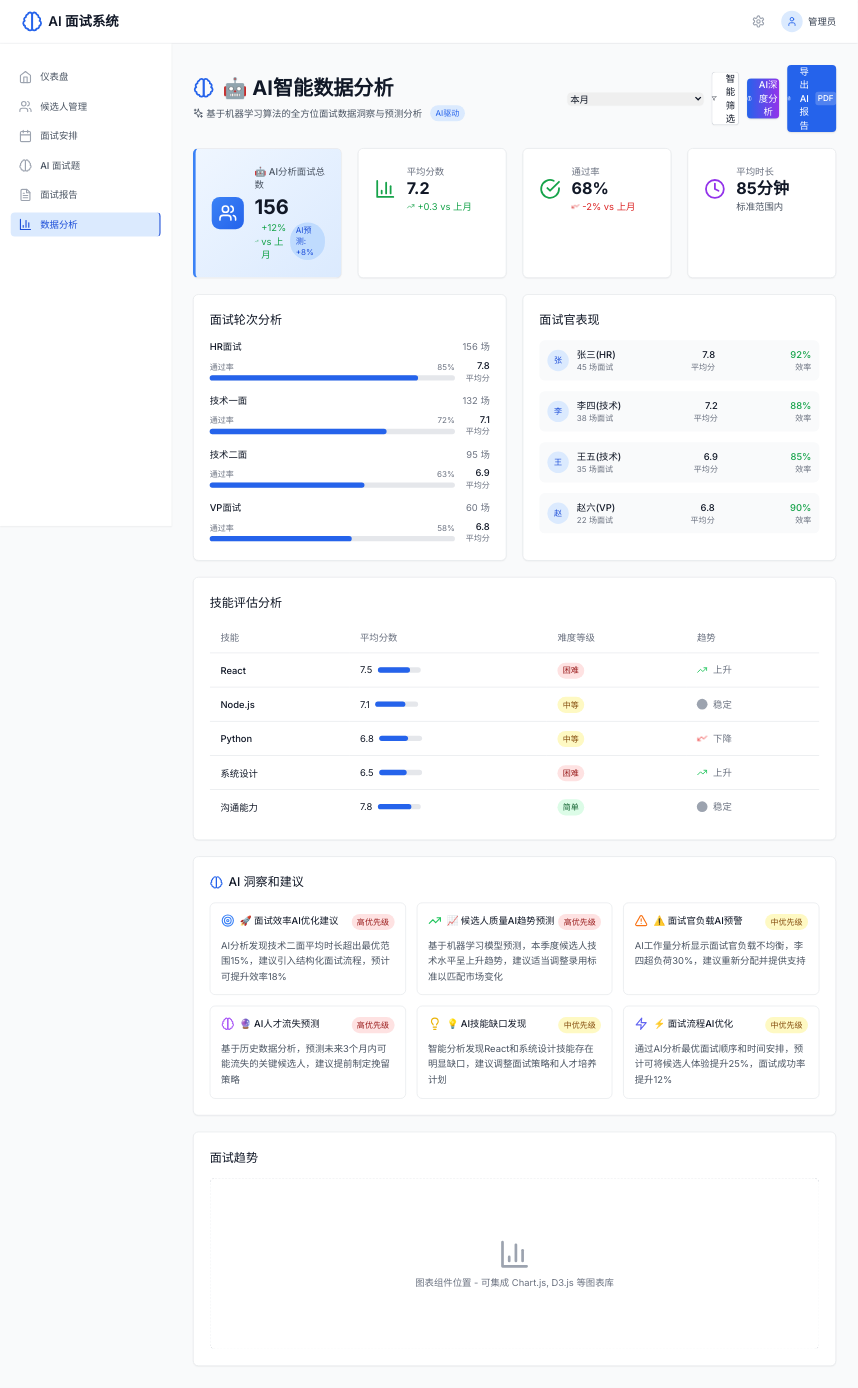
Repository: OisCircle/ai-day
Page: /analysis
These files come from the project's save history. The page is drawn as it stood at one moment and after the next save; the edit follows.
The browser window is 1280 px wide. The pictures show the whole page, at 67% of full size.
The project was rebuilt for these pictures with package versions that can differ from the ones it lists, and the page was loaded fresh each time. Also part of the build but not shown: vite.config.ts, src/pages/AIInterviewQuestions.tsx, src/pages/CandidateManagement.tsx, src/components/AIAssistant.tsx, src/components/DataVisualization.tsx, src/pages/Dashboard.tsx, src/pages/InterviewConducting.tsx, src/pages/InterviewReports.tsx and 1 more.

Above is the page before, as saved 2025-08-20 16:12:41.

After the next save:
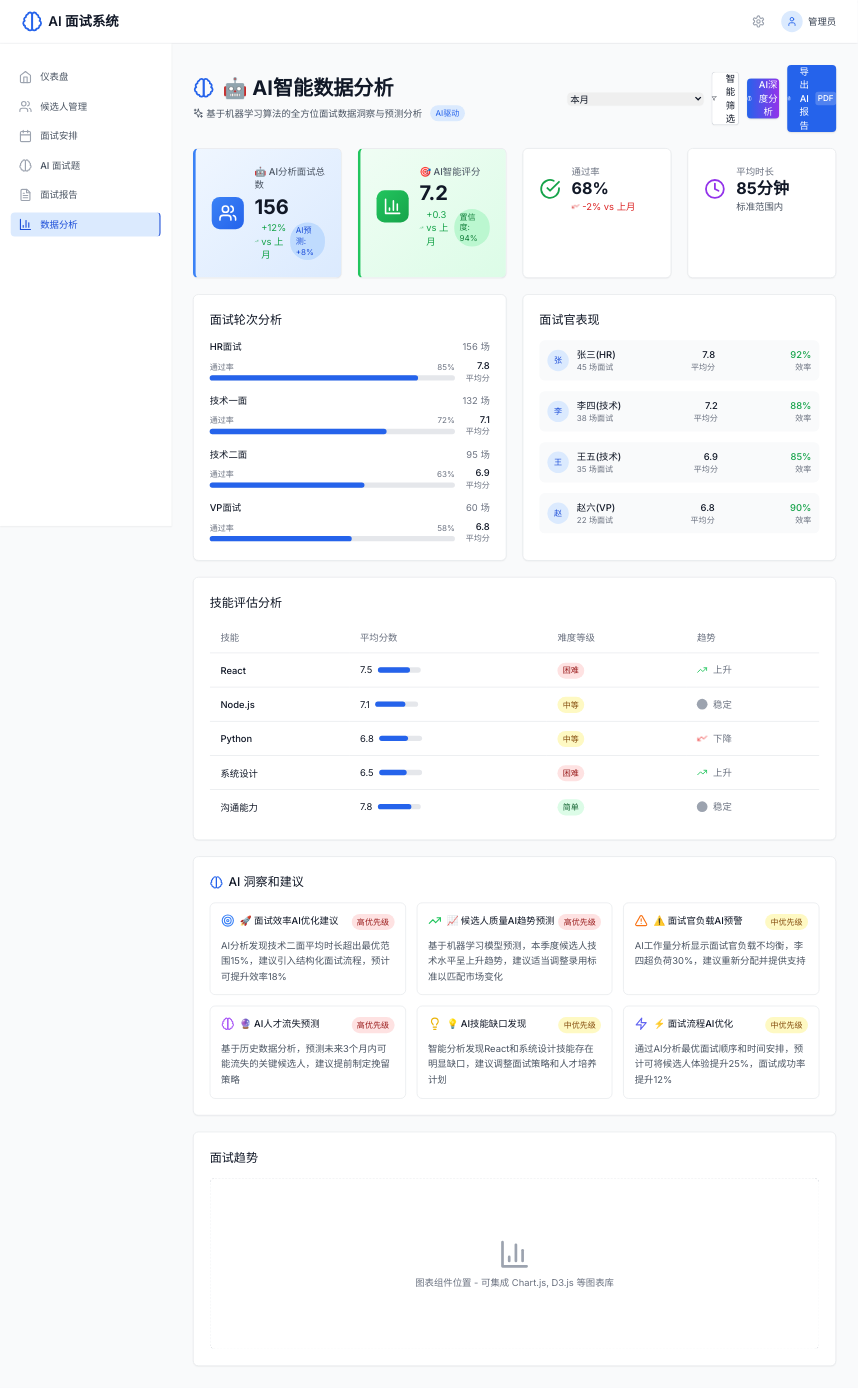
Saved 6 s later.
--- a/src/pages/InterviewAnalysis.tsx
+++ b/src/pages/InterviewAnalysis.tsx
@@ -344,20 +344,27 @@ const InterviewAnalysis: React.FC = () => {
           </div>
         </div>
 
-        <div className="card p-6">
+        <div className="card p-6 bg-gradient-to-br from-green-50 to-green-100 border-l-4 border-l-green-500">
           <div className="flex items-center">
             <div className="flex-shrink-0">
-              <BarChart3 className="h-8 w-8 text-green-600" />
+              <div className="w-12 h-12 bg-gradient-to-br from-green-500 to-green-600 rounded-xl flex items-center justify-center">
+                <BarChart3 className="h-7 w-7 text-white" />
+              </div>
             </div>
             <div className="ml-4">
-              <p className="text-sm font-medium text-gray-500">平均分数</p>
-              <p className="text-2xl font-bold text-gray-900">
+              <p className="text-sm font-medium text-gray-600 mb-1">🎯 AI智能评分</p>
+              <p className="text-3xl font-bold text-gray-900 mb-1">
                 {analysisData.summary.averageScore}
               </p>
-              <p className="text-sm text-green-600 flex items-center">
-                <TrendingUp className="h-3 w-3 mr-1" />
-                +0.3 vs 上月
-              </p>
+              <div className="flex items-center justify-between">
+                <p className="text-sm text-green-600 flex items-center">
+                  <TrendingUp className="h-3 w-3 mr-1" />
+                  +0.3 vs 上月
+                </p>
+                <div className="text-xs bg-green-200 text-green-700 px-2 py-1 rounded-full">
+                  置信度: 94%
+                </div>
+              </div>
             </div>
           </div>
         </div>
